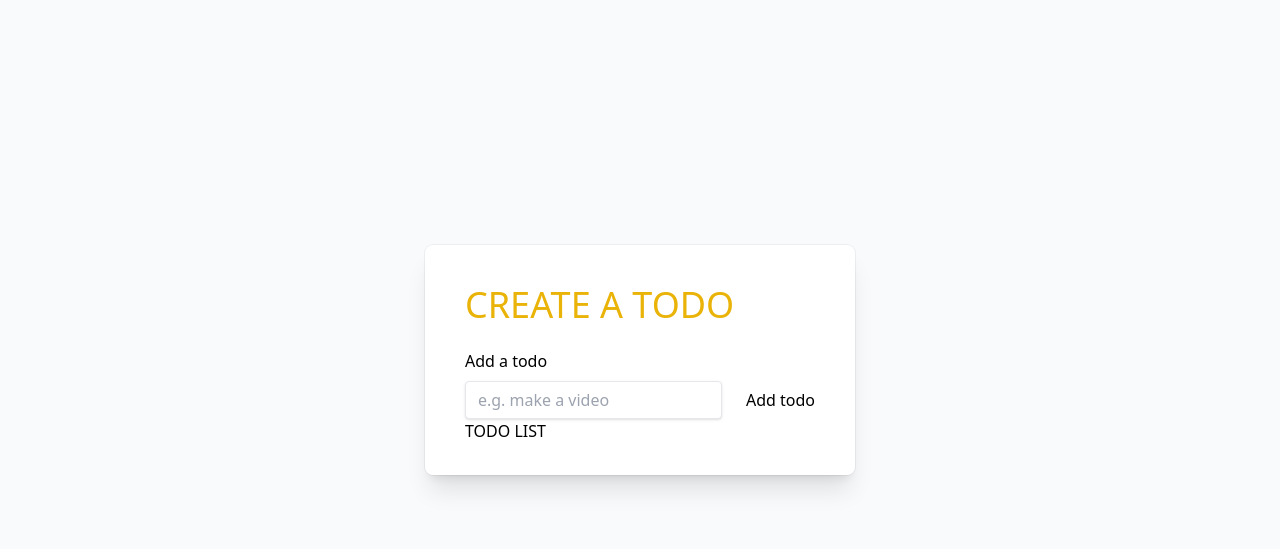
Repository: Kajo-lab/vue-todo
Page: /
An editor plug-in stored every save of this project. The page is shown before and after the next save, followed by the edit.
The browser window is 1280 px wide. The pictures show the whole page.
The project was rebuilt for these pictures with package versions that can differ from the ones it lists, and the page was loaded fresh each time. Also part of the build but not shown: vite.config.js, webpack.config.js.

Above is the page before, as saved 2022-07-07 16:45:13.

After the next save:
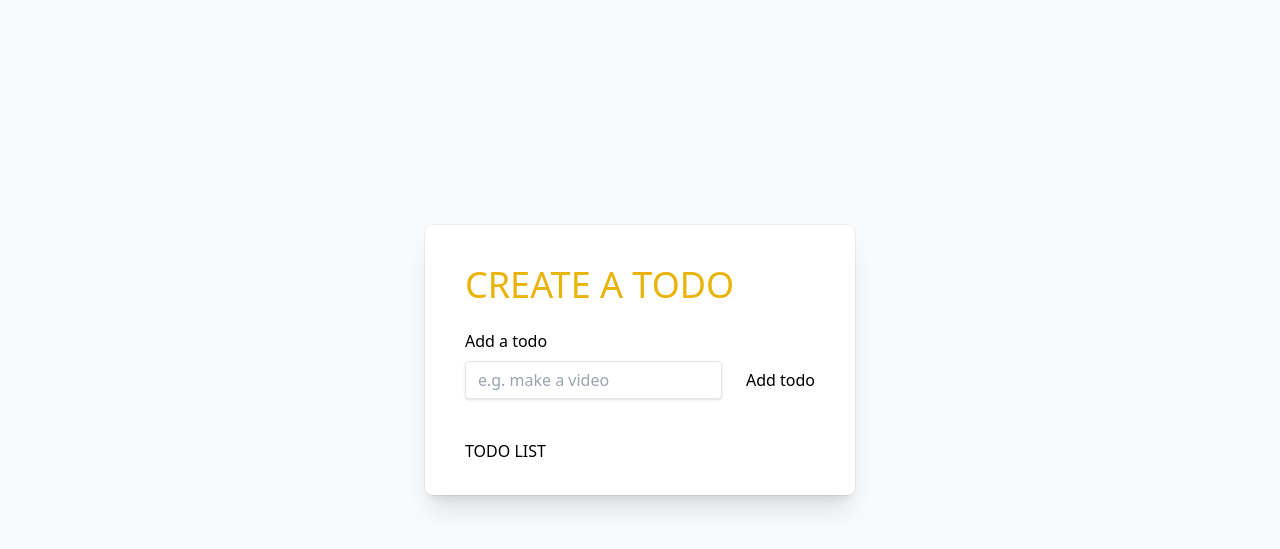
Saved 87 s later.
--- a/src/App.vue
+++ b/src/App.vue
@@ -47,7 +47,7 @@ onMounted(() => {
 
 <main class="relative flex min-h-screen flex-col justify-center overflow-hidden bg-gray-50 py-6 sm:py-12">
 	<div class="relative bg-white px-6 pt-10 pb-8 shadow-xl ring-1 ring-gray-900/5 sm:mx-auto sm:max-w-lg sm:rounded-lg sm:px-10">
-		<section class="create-todo">
+		<section class="mb-10">
 		<h1 class="text-4xl text-yellow-500 mb-6">CREATE A TODO</h1>
 				<h4 class="mb-2">Add a todo</h4>
 				<form id="new-todo-form" class="flex gap-6" @submit.prevent="addTodo">
